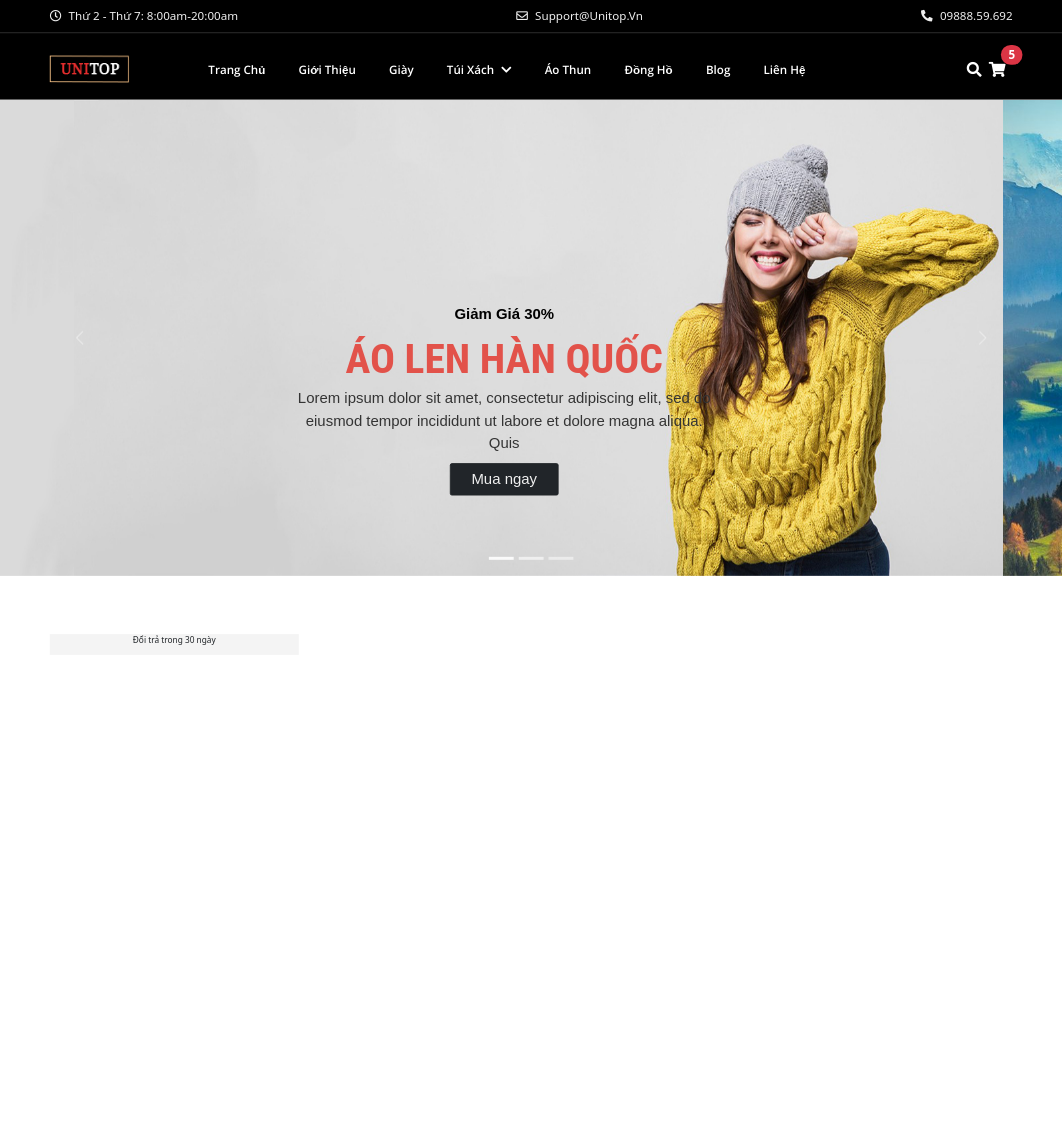
Repository: vinhtk0209/clothes-shop
Page: index.html
These files come from the project's save history. The page is drawn as it stood at one moment and after the next save; the edit follows.
The browser window is 1280 px wide. The pictures show the whole page, at 83% of full size.

Above is the page before, as saved 2021-10-04 17:13:16.

After the next save:
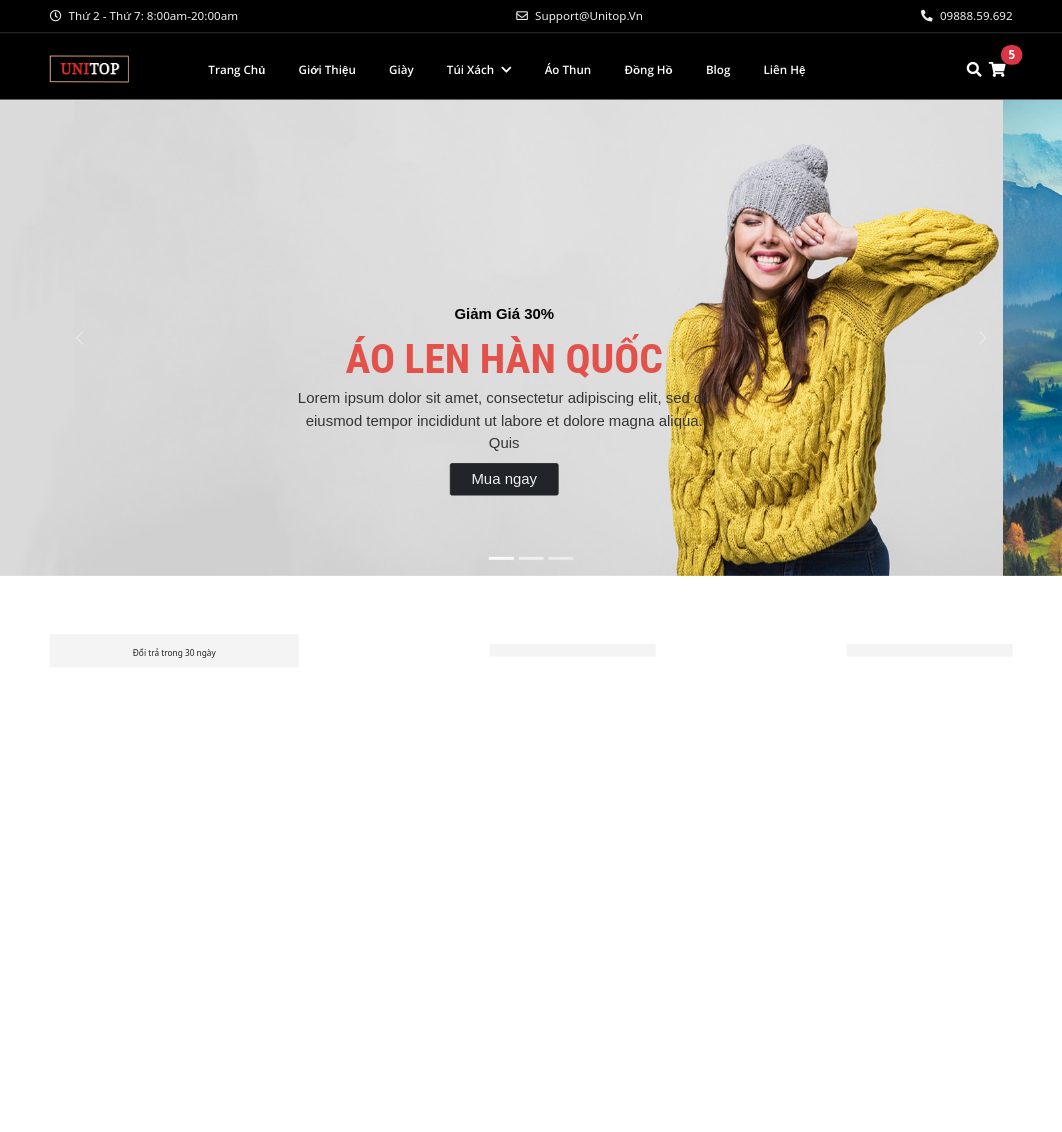
Saved 14 s later.
--- a/assets/css/main.css
+++ b/assets/css/main.css
@@ -148,5 +148,5 @@
 }
 .box-offer{
     background-color: #f4f4f4;
-    padding:  0px  100px  0px ;
+    padding:  15px  100px  0px ;
 }
